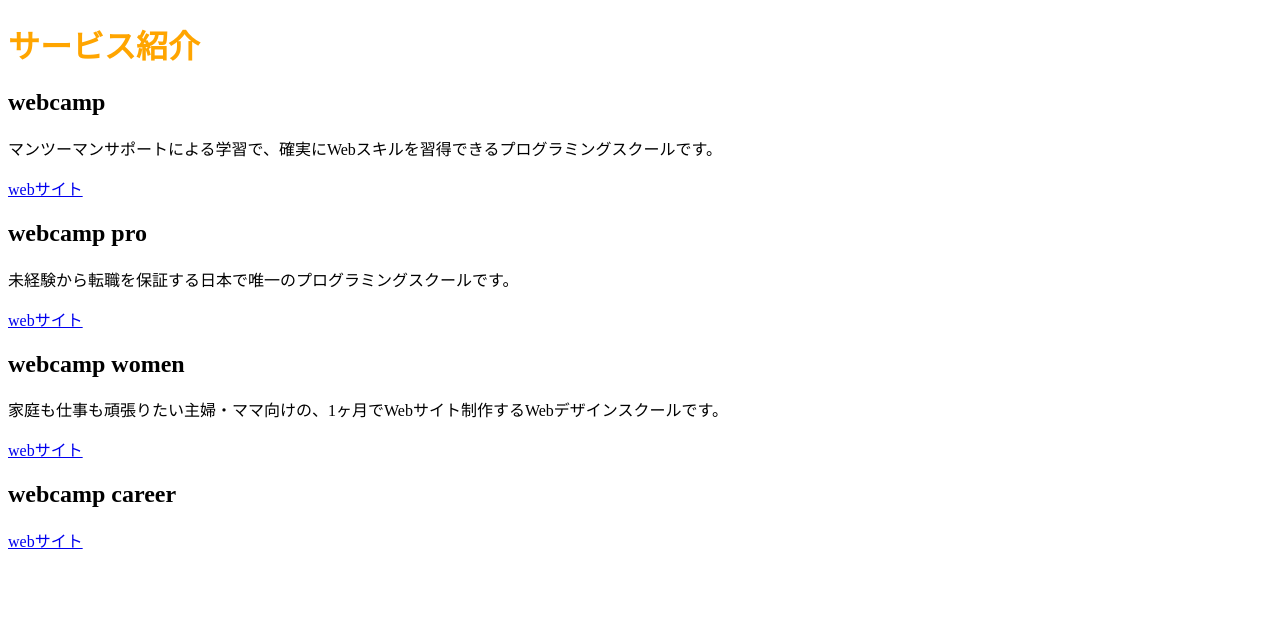
Repository: 220416/kadai1
Page: sample/chapter2Execise.html
The author's editor kept a record of every edit. The page is drawn from the files as they stood at one moment, then again after the next edit.
The browser window is 1280 px wide. The pictures show the whole page.

Above is the page before.

After the next edit:
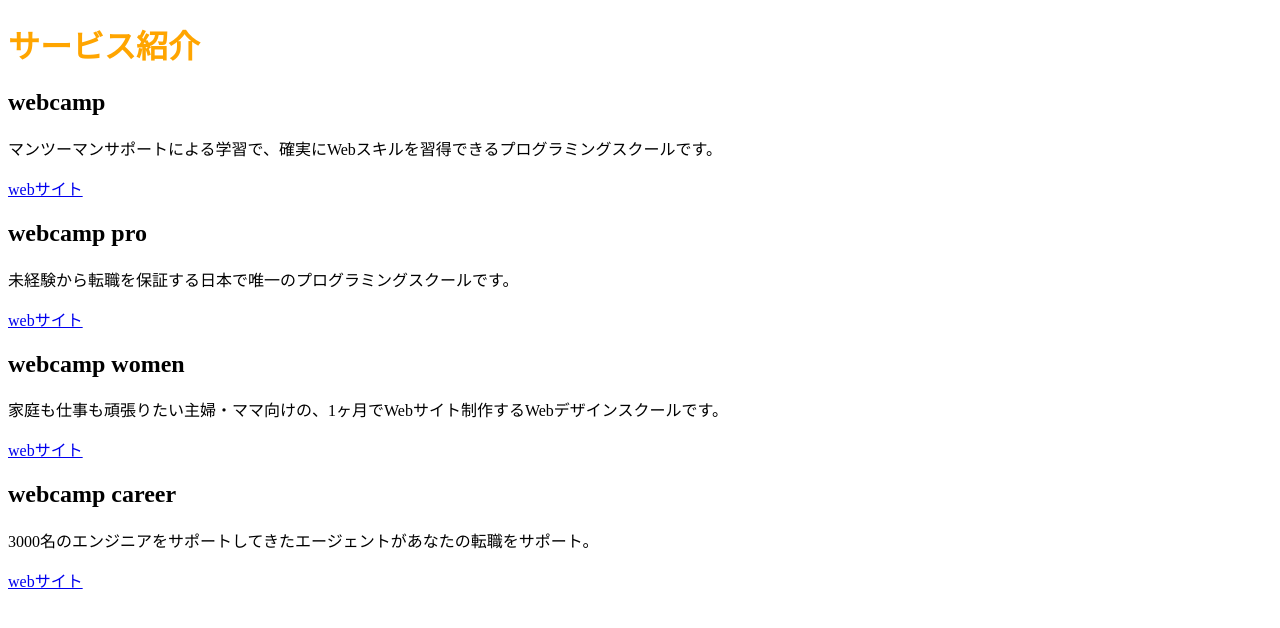
The edit:
--- a/sample/chapter2Execise.html
+++ b/sample/chapter2Execise.html
@@ -22,7 +22,7 @@
     <a href="#">webサイト</a>
 
     <h2>webcamp career</h2>
-    <p></p>
+    <p>3000名のエンジニアをサポートしてきたエージェントがあなたの転職をサポート。</p>
     <a href="#">webサイト</a>
   </body>
 </html>
